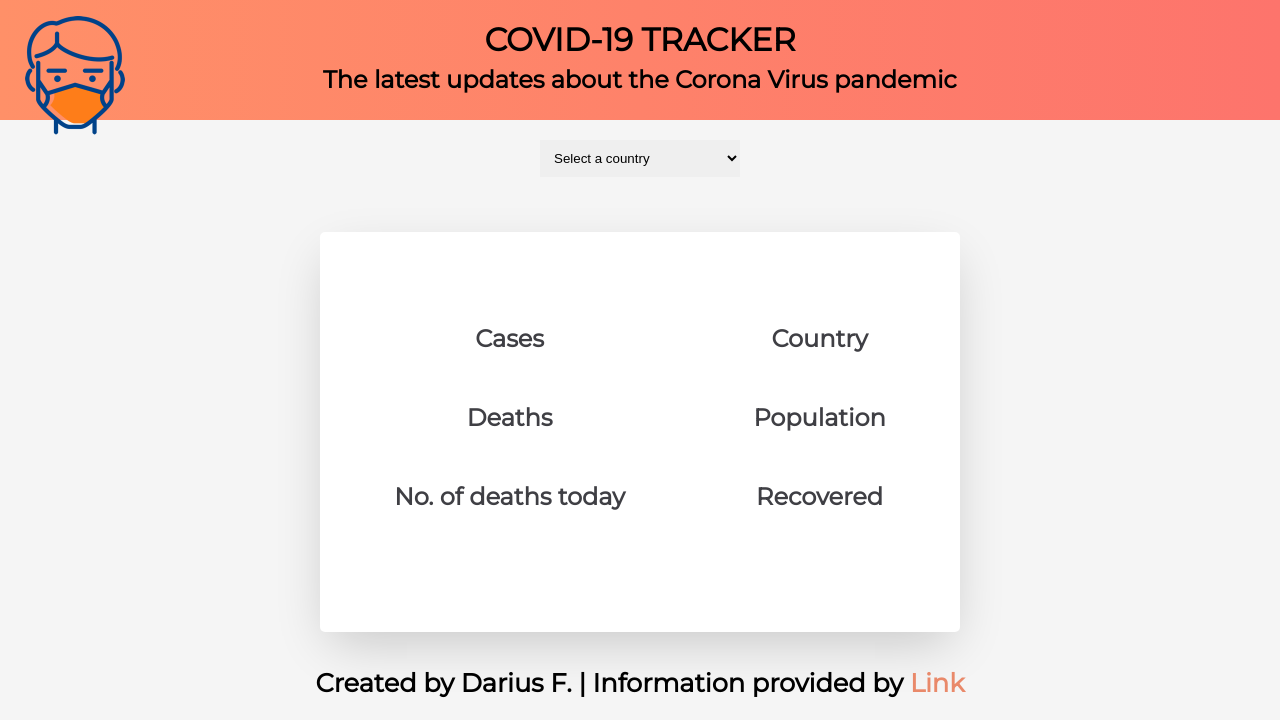
Repository: dariusfarcasanu/Covid-Tracker
Page: index.html
An editor plug-in stored every save of this project. The page is shown before and after the next save, followed by the edit.
The browser window is 1280 px wide. The pictures show the whole page.
The page's requests for data from a server got no answer.

Above is the page before, as saved 2021-05-12 16:18:29.

### index.html
<!DOCTYPE html>
<html lang="en">
  <head>
    <meta charset="UTF-8" />
    <meta http-equiv="X-UA-Compatible" content="IE=edge" />
    <meta name="viewport" content="width=device-width, initial-scale=1.0" />
    <link rel="preconnect" href="https://fonts.gstatic.com" />
    <link
      href="https://fonts.googleapis.com/css2?family=Montserrat&display=swap"
      rel="stylesheet"
    />
    <link rel="stylesheet" href="styles.css" />
    <title>Covid-19 Tracker</title>
  </head>
  <body>
    <header>
      <div class="image-container">
        <img src="rouska-covid.png" alt="" />
      </div>
      <div class="title">
        <h1>Covid-19 Tracker</h1>
        <h2>The latest updates about the Corona Virus pandemic</h2>
      </div>
    </header>
    <div class="container">
      <div class="select-container">
        <select onchange="getData(value)">
          <option value="" disabled selected hidden>Select a country</option>
        </select>
      </div>
      <div class="data-container">
        <div class="stats-container">
          <h4>Cases</h4>
          <h3 id="cases"></h3>
          <h4>Deaths</h4>
          <h3 id="deaths"></h3>
          <h4>No. of deaths today</h4>
          <h3 id="today"></h3>
        </div>

        <div class="location-container">
          <h4>Country</h4>
          <h3 id="country"></h3>
          <h4>Population</h4>
          <h3 id="population"></h3>
          <h4>Recovered</h4>
          <h3 id="recovered"></h3>
        </div>
      </div>
      <div class="footer">
        <h1>
          Created by Darius F. | Information provided by
          <a href="https://systems.jhu.edu/research/public-health/ncov/"
            >Link</a
          >
        </h1>
      </div>
    </div>
    <script src="index.js"></script>
  </body>
</html>

### styles.css
* {
  padding: 0;
  margin: 0;
  box-sizing: border-box;
}

body {
  height: 100vh;
  font-family: 'Montserrat', sans-serif;
  background-color: whitesmoke;
}

h4,
h3 {
  font-size: 1.5rem;
  padding: 10px;
  margin-bottom: 5px;
}

h3 {
  font-weight: 300;
}

header {
  background: linear-gradient(to right, #ff9068, #fd746c);
  text-align: center;
  line-height: 2.5rem;
  padding: 20px;
  display: flex;
  justify-content: center;
  position: relative;
}

.image-container img {
  position: absolute;
  top: 0;
  left: 0;
  max-width: 100%;
  display: block;
  height: auto;
  width: 150px;
}

.title {
  /* margin-left: 250px; */
  text-align: center;
  display: flex;
  flex-direction: column;
  align-items: center;
  justify-content: center;
}
.title h1 {
  text-transform: uppercase;
}

.select-container {
  padding: 20px;
  text-align: center;
}

.select-container select {
  padding: 10px;
  border: none;
  width: 200px;
  outline: none;
}

.data-container {
  background-color: white;
  height: 400px;
  width: 50%;
  margin: 35px auto 35px;
  padding: 10px;
  display: flex;
  justify-content: space-around;
  align-items: center;
  text-align: center;
  box-shadow: rgba(0, 0, 0, 0.2) 0px 18px 50px -10px;
  border-radius: 5px;
  color: #3f3f44;
  z-index: 100;
}

.footer {
  text-align: center;
  font-size: 0.8rem;
}

.footer a {
  text-decoration: none;
  color: #e9896a;
}

.footer a:hover {
  color: black;
}

@media screen and (max-width: 960px) {
  header {
    flex-direction: column;
  }

  .title {
    margin: 0;
  }

  .image-container {
    margin: 0 auto;
  }
}

@media screen and (max-width: 800px) {
  .data-container {
    flex-direction: column;
    height: 700px;
    justify-content: center;
  }
}

### index.js
window.onload = function () {
  getCovidCountries();
};

const selectTag = document.querySelector('select');
const country = document.getElementById('country');
const cases = document.getElementById('cases');
const population = document.getElementById('population');
const recovered = document.getElementById('recovered');
const deaths = document.getElementById('deaths');
const today = document.getElementById('today');
//We created a function that gets the countries from the API
//and adds them to the select options

function getCovidCountries() {
  fetch('https://corona.lmao.ninja/v2/countries')
    .then(resp => resp.json())
    .then(data => {
      data.map(data => {
        let country = data.country;

        let option = document.createElement('option');
        option.value = country;
        option.text = country;
        selectTag.appendChild(option);
      });
    })
    .catch(err => console.log(err));
}

//Function to fetch the data from the external API and add the
//data to the interface

function getData() {
  fetch(`https://corona.lmao.ninja/v2/countries/${selectTag.value}`)
    .then(resp => resp.json())
    .then(data => {
      let countryData = data.country;
      let casesData = data.cases;
      let populationData = data.population;
      let recoveredData = data.recovered;
      let deathsData = data.deaths;
      let todayData = data.todayDeaths;

      country.innerHTML = countryData;
      cases.innerHTML = casesData.toLocaleString('en');
      population.innerHTML = populationData.toLocaleString('en');
      recovered.innerHTML = recoveredData.toLocaleString('en');
      deaths.innerHTML = deathsData.toLocaleString('en');
      today.innerHTML = todayData.toLocaleString('en');
    })

    .catch(err => console.log(err));
}

After the next save:
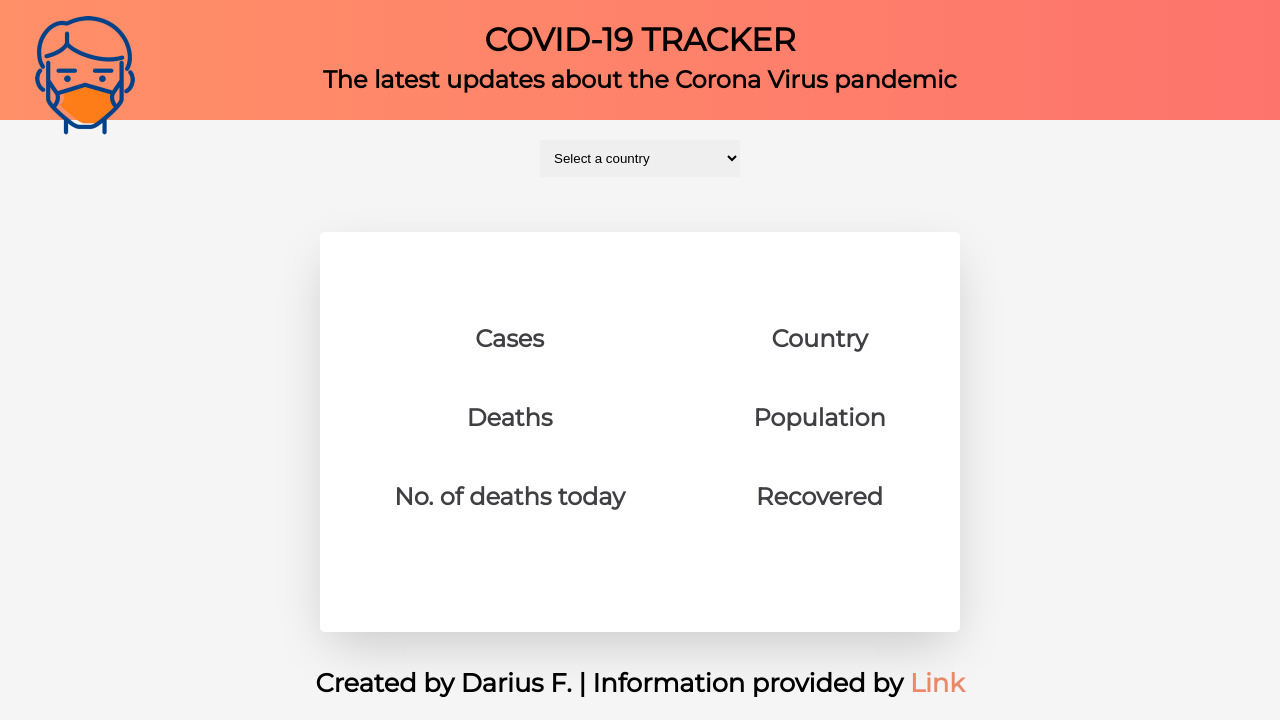
Saved 5 s later.
--- a/styles.css
+++ b/styles.css
@@ -34,7 +34,7 @@ header {
 .image-container img {
   position: absolute;
   top: 0;
-  left: 0;
+  left: 10px;
   max-width: 100%;
   display: block;
   height: auto;
